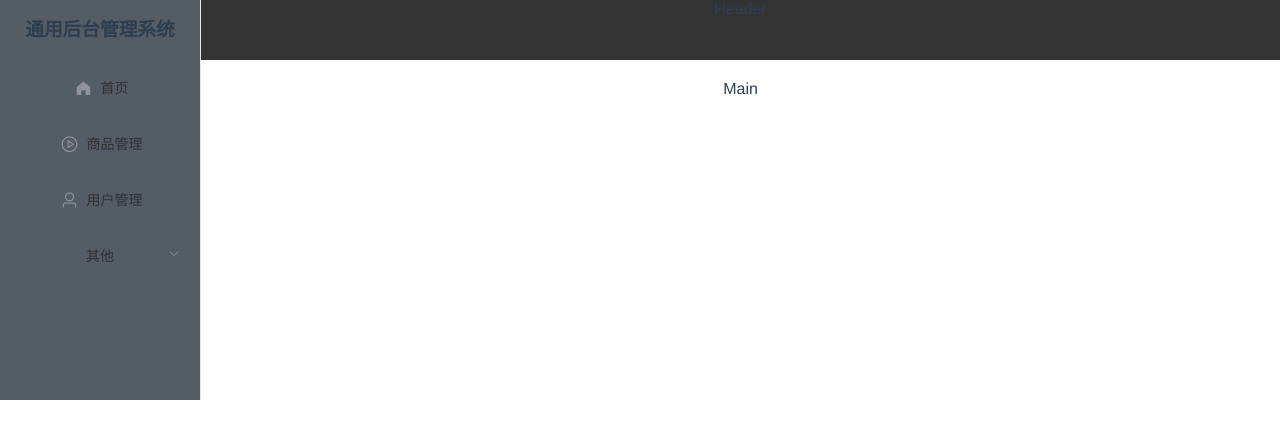
Repository: zhangwen001208/cmd
Page: /
These files come from the project's save history. The page is drawn as it stood at one moment and after the next save; the edit follows.
The browser window is 1280 px wide. The pictures show the whole page.
The project was rebuilt for these pictures with package versions that can differ from the ones it lists, and the page was loaded fresh each time. Also part of the build but not shown: vue.config.js.

Above is the page before, as saved 2022-08-24 17:04:30.

### src/main.js
import Vue from 'vue'
import App from './App.vue'
import router from './router'
import store from './store'
import ElementUI from 'element-ui';
import 'element-ui/lib/theme-chalk/index.css';

import 'normalize.css'
import './assets/css/index.less'

Vue.config.productionTip = false

Vue.use( ElementUI )

new Vue({
  router,
  store,

  render: h => h(App)
}).$mount('#app')

### src/App.vue
<template>
  <div id="app">
    <router-view/>
  </div>
</template>

<style lang="less">
#app {
  font-family: Avenir, Helvetica, Arial, sans-serif;
  -webkit-font-smoothing: antialiased;
  -moz-osx-font-smoothing: grayscale;
  text-align: center;
  color: #2c3e50;
}

nav {
  padding: 30px;

  a {
    font-weight: bold;
    color: #2c3e50;

    &.router-link-exact-active {
      color: #42b983;
    }
  }
}
</style>

### src/router/index.js
import Vue from 'vue'
import VueRouter from 'vue-router'
import HomeView from '../views/HomeView.vue'

Vue.use(VueRouter)

const routes = [
  {
    path: '/',
    name: 'home',
    component: HomeView
  },

]

const router = new VueRouter({
  mode: 'history',
  base: process.env.BASE_URL,
  routes
})

export default router

### src/assets/css/index.less
@import './base.less';

### src/views/HomeView.vue
<template>
  <div class="home">
      <el-container style="height: 100%">
        <el-aside width="auto">
          <home-aside/>
        </el-aside>
        <el-container>
          <el-header class="header">Header</el-header>
          <el-main>Main</el-main>
        </el-container>
    </el-container>


  </div>
</template>

<script>
// @ is an alias to /src

import HomeAside from '../components/HomeAside.vue'

export default {
  name: 'HomeView',
  components: {
    HomeAside

  }
}
</script>
<style lang="less" scoped>
.header{
  background-color: #333;
}

</style>

### src/assets/css/base.less

body{
    padding: 0;
    margin: 0;
}

html,body,#app {
    width: 100%;
    height: 100%;
}

### src/components/HomeAside.vue
<template>
<el-menu  default-active="1-4-1" class="el-menu-vertical-demo" @open="handleOpen" @close="handleClose" :collapse="isCollapse">
  <h3>通用后台管理系统</h3>
  <el-menu-item v-for="item in nochildren" index="item.path" :key="item.path">
    <i :class="'el-icon-'+item.icon"></i>
    <span slot="title">{{item.label}}</span>
  </el-menu-item>
  <el-submenu v-for="item in haschildren" index="item.path" :key="item.path">
    <template slot="title">
      <i class="'el-icon-'+item.icon"></i>
      <span slot="title">{{item.label}}</span>
    </template>
    <el-menu-item-group v-for="subitem in item.children" index='subitem.path' :key="subitem.path">

      <el-menu-item index="1-1">{{subitem.label}}</el-menu-item>

    </el-menu-item-group>

  </el-submenu>


</el-menu>

</template>

<script>
export default {
    data() {
      return {
        isCollapse: false,
        menu:[
          {
            path: '/',
            name: 'home',
            label: '首页',
            icon: 's-home',
            url: 'Home/home'
          },
           {
            path: '/mall',
            name: 'mall',
            label: '商品管理',
            icon: 'video-play',
            url: 'MallManage/MallManage'
          },
           {
            path: '/user',
            name: 'user',
            label: '用户管理',
            icon: 'user',
            url: 'UserManage/UserManage'
          },
           {

            label: '其他',
            icon: 'location',
           children: [
            {
            path: '/page1',
            name: 'page1',
            label: '页面1',
            icon: 'setting',
            url: 'Other/pageOne'
            },
            {
            path: '/page2',
            name: 'page2',
            label: '页面2',
            icon: 'setting',
            url: 'Other/pageTwo'
            }

           ]
          }

        ]
      };
    },
    methods: {
      handleOpen(key, keyPath) {
        console.log(key, keyPath);
      },
      handleClose(key, keyPath) {
        console.log(key, keyPath);
      }
    },
    computed: {
      nochildren() {
        return this.menu.filter(item => !item.children)
      },
      haschildren() {
         return this.menu.filter(item => item.children)
      }
    }
  }
</script>

<style lang="less" scoped>
  .el-menu-vertical-demo:not(.el-menu--collapse) {
    width: 200px;
    min-height: 400px;
    background-color: #545c65;
  }

</style>

Loaded but not shown: public/index.html (common file); src/store/index.js (common file)

After the next save:
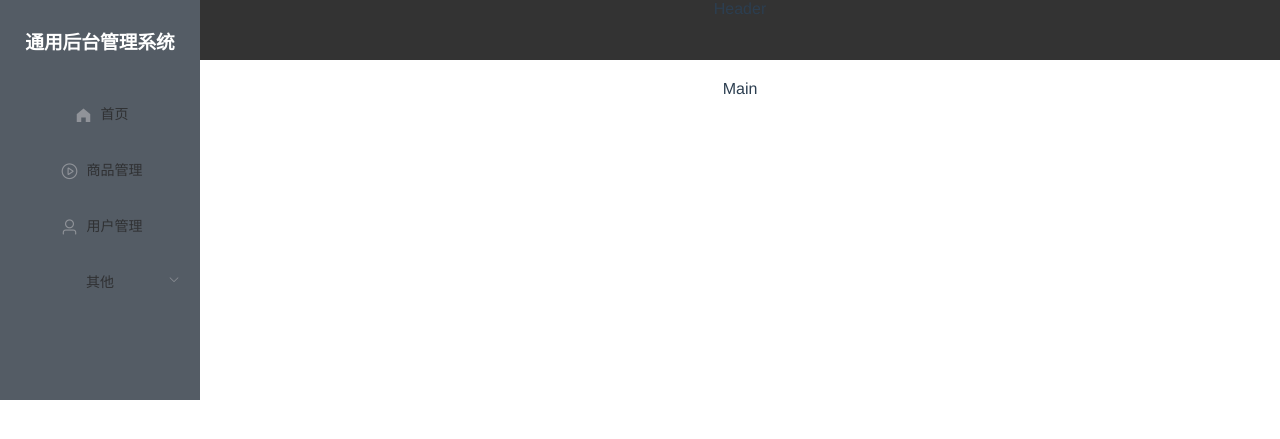
Saved 3 min 24 s later.
--- a/src/components/HomeAside.vue
+++ b/src/components/HomeAside.vue
@@ -101,5 +101,14 @@ export default {
     min-height: 400px;
     background-color: #545c65;
   }
+  .el-menu {
+    height: 100%;
+    border: none;
+    h3{
+      color: #fff;
+      text-align: center;
+      line-height: 48px;
+    }
+  }
 
 </style>
